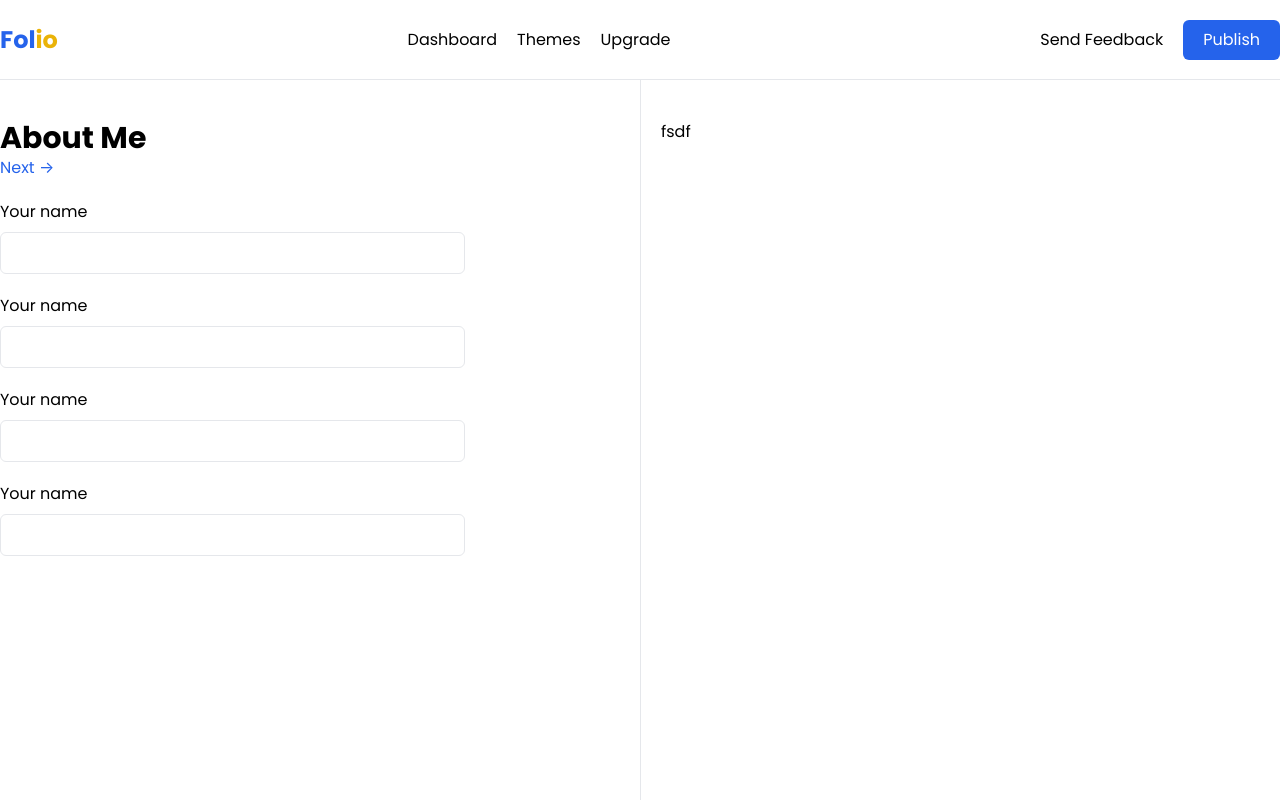
Repository: langford-dev/follio
Page: /
An editor plug-in stored every save of this project. The page is shown before and after a run of saves, followed by the edit.
The browser window is 1280 px wide. The pictures show the whole page.
The project was rebuilt for these pictures with package versions that can differ from the ones it lists, and the page was loaded fresh each time. The framework's server and built-in components were replaced by stand-ins that run in the browser. Also part of the build but not shown: next.config.js, components/pageView.js.

Above is the page before, as saved 2022-03-19 10:58:41.

After the next 6 saves:
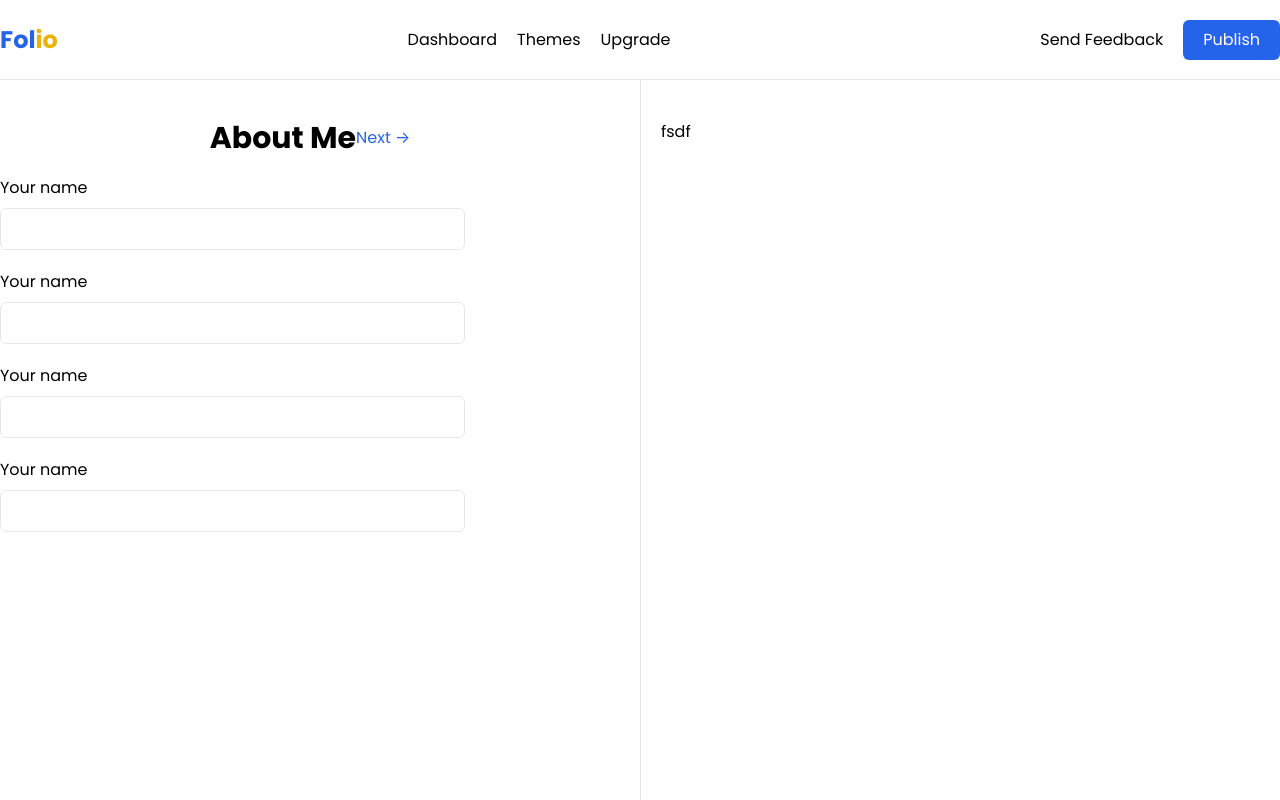
The 6 saves are shown as one change because they came seconds apart.
The last was saved 21 s later.
--- a/components/body.js
+++ b/components/body.js
@@ -10,13 +10,14 @@ const styles = {
     input: `border p-2 outline-none mt-2 w-9/12 rounded-md`,
     label: ``,
     textButton: `text-blue-600`,
+    pageTitleView: `flex items-center justify-center`,
 }
 
 const EditView = () => {
     return <div className={styles.pageView}>
         <div className={styles.flexView}>
             <div className={styles.editingView}>
-                <div className={styles.pageTitle}>
+                <div className={styles.pageTitleView}>
                     <p className={styles.title}>About Me</p>
                     <p className={styles.textButton}>Next &rarr;</p>
                 </div>
